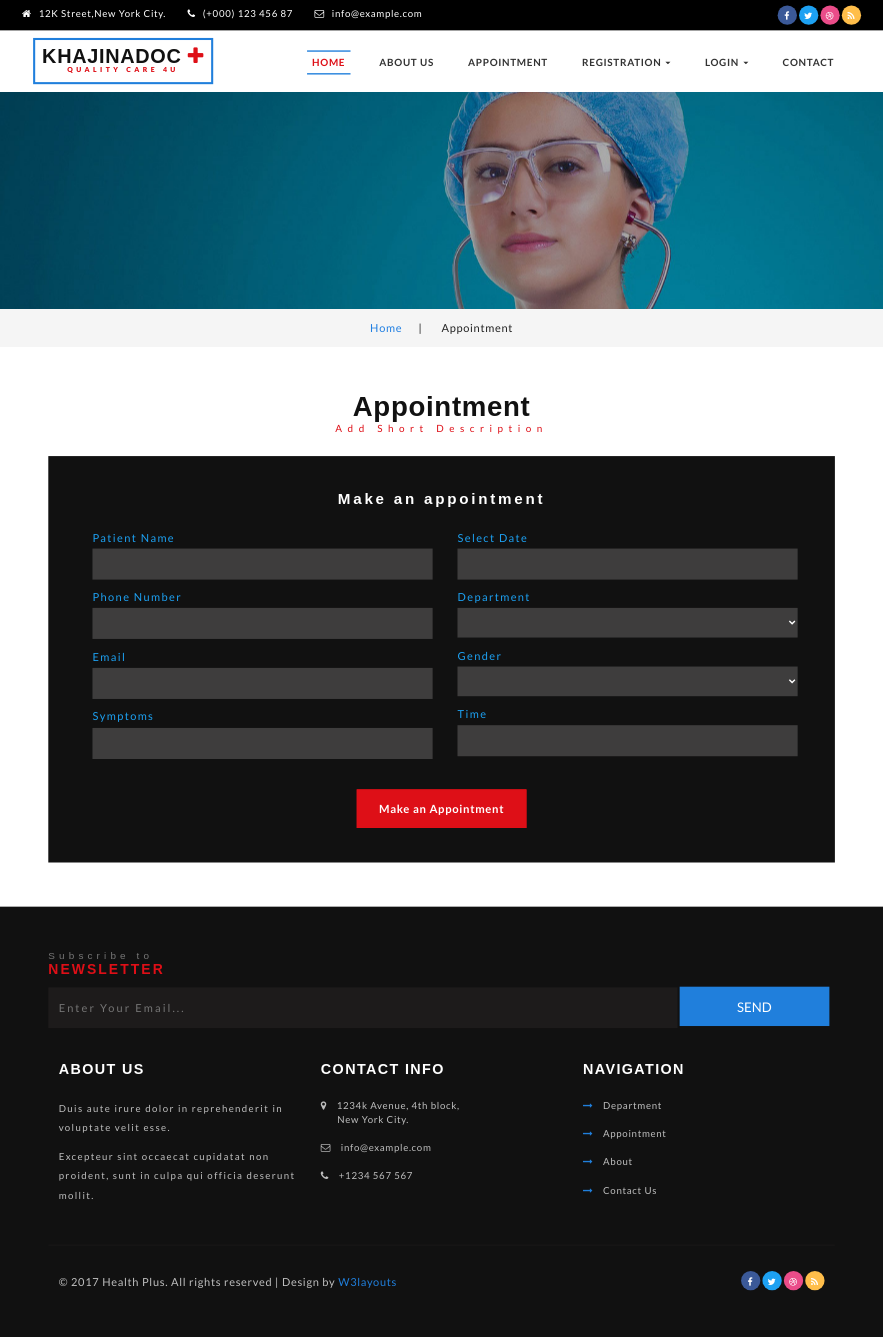
Repository: 72-faisal/work_to_do
Page: http://localhost/Khajina_Doctor/appointment.jsp
The author's editor kept a copy of each file at every save. The page is drawn from the files as they stood at one save, then again after the next save.
The browser window is 1280 px wide. The pictures show the whole page, at 69% of full size.
Some web fonts or font styles are not loaded; a fallback is used. The page is served by Tomcat 9. Other server files are loaded and not shown.

Above is the page before, as saved 2023-04-13 09:28:14.

### Khajina_Doctor/Khajina_Doctor/src/main/webapp/appointment.jsp
<%@ page language="java" contentType="text/html; charset=ISO-8859-1"
    pageEncoding="ISO-8859-1"%>

<!--
author: W3layouts
author URL: http://w3layouts.com
License: Creative Commons Attribution 3.0 Unported
License URL: http://creativecommons.org/licenses/by/3.0/
-->
<!DOCTYPE html>
<html lang="zxx">
<head>
<title>Health Plus a Medical Category Bootstrap Responsive Website Template | Appointment :: w3layouts</title>
<!-- for-meta-tags-->
<meta name="viewport" content="width=device-width, initial-scale=1">
<meta http-equiv="Content-Type" content="text/html; charset=utf-8" />
<meta name="keywords" content="Health Plus Responsive web template, Bootstrap Web Templates, Flat Web Templates, Android Compatible web template,
Smartphone Compatible web template, free web designs for Nokia, Samsung, LG, SonyEricsson, Motorola web design" />
<script type="application/x-javascript"> addEventListener("load", function() { setTimeout(hideURLbar, 0); }, false);
		function hideURLbar(){ window.scrollTo(0,1); } </script>
<!-- //for-meta-tags-->
<link href="css/bootstrap.css" rel="stylesheet" type="text/css" media="all" />
<link href="css/wickedpicker.css" rel="stylesheet" type='text/css' media="all" />
			<link rel="stylesheet" href="css/jquery-ui.css" />
<link href="css/style.css" rel="stylesheet" type="text/css" media="all" />
<!-- font-awesome icons -->
<link href="css/font-awesome.css" rel="stylesheet">
<!-- //font-awesome icons -->
<link href="//fonts.googleapis.com/css?family=Raleway:200,200i,300,300i,400,400i,500,500i,600,600i,700,700i,800" rel="stylesheet">
<link href="//fonts.googleapis.com/css?family=Lato:300,300i,400,400i,700,900" rel="stylesheet">
</head>

<body>
<div class="main" id="home">
<!-- banner -->
		<div class="header_agileinfo">
						<div class="w3_agileits_header_text">
							<ul class="top_agile_w3l_info_icons">
									<li><i class="fa fa-home" aria-hidden="true"></i>12K Street,New York City.</li>
									<li class="second"><i class="fa fa-phone" aria-hidden="true"></i>(+000) 123 456 87</li>

									<li><i class="fa fa-envelope-o" aria-hidden="true"></i><a href="mailto:maria@example.com">info@example.com</a></li>
								</ul>

						</div>
						<div class="agileinfo_social_icons">
							<ul class="agileits_social_list">
								<li><a href="#" class="w3_agile_facebook"><i class="fa fa-facebook" aria-hidden="true"></i></a></li>
								<li><a href="#" class="agile_twitter"><i class="fa fa-twitter" aria-hidden="true"></i></a></li>
								<li><a href="#" class="w3_agile_dribble"><i class="fa fa-dribbble" aria-hidden="true"></i></a></li>
								<li><a href="#" class="w3_agile_rss"><i class="fa fa-rss" aria-hidden="true"></i></a></li>
							</ul>
						</div>
						<div class="clearfix"> </div>
			</div>

		<div class="header-bottom">
				<nav class="navbar navbar-default">
				<!-- Brand and toggle get grouped for better mobile display -->
				<div class="navbar-header">
				  <button type="button" class="navbar-toggle collapsed" data-toggle="collapse" data-target="#bs-example-navbar-collapse-1">
					<span class="sr-only">Toggle navigation</span>
					<span class="icon-bar"></span>
					<span class="icon-bar"></span>
					<span class="icon-bar"></span>
				  </button>
					<div class="logo">
						<h1><a class="navbar-brand" href="index.jsp"><span>Khajina</span>Doc <i class="fa fa-plus" aria-hidden="true"></i> <p>Quality Care 4U</p></a></h1>
					</div>
				</div>

				<!-- Collect the nav links, forms, and other content for toggling -->
				<div class="collapse navbar-collapse nav-wil" id="bs-example-navbar-collapse-1">
					<nav class="menu menu--sebastian">
					<ul id="m_nav_list" class="m_nav menu__list">
						<li class="m_nav_item menu__item menu__item--current" id="m_nav_item_1"> <a href="index.jsp" class="menu__link"> Home </a></li>
						<li class="m_nav_item menu__item" id="moble_nav_item_2"> <a href="about.jsp" class="menu__link"> About Us </a> </li>
						<li class="m_nav_item menu__item" id="moble_nav_item_4"> <a href="appointment.jsp" class="menu__link">Appointment  </a> </li>
						<li class="m_nav_item menu__item" id="moble_nav_item_3 dropdown"> <a href="#" class="menu__link dropdown-toggle" data-toggle="dropdown">Registration  <b class="caret"></b></a>
						   <ul class="dropdown-menu agile_short_dropdown">
									<li><a href="Patient_Registration.jsp">As Patient </a></li>
									<li><a href="Doctor_Registration.jsp">As Doctor </a></li>
								</ul>
						</li>
						<li class="m_nav_item menu__item" id="moble_nav_item_3 dropdown"> <a href="#" class="menu__link dropdown-toggle" data-toggle="dropdown">Login  <b class="caret"></b></a>
						   <ul class="dropdown-menu agile_short_dropdown">
									<li><a href="Patient_Login.jsp">Patient Login</a></li>
									<li><a href="Doctor_Login.jsp">Doctor Login</a></li>
									<li><a href="Admin_Login.jsp">Admin Login</a></li>
						   </ul>
						</li>
						<li class="m_nav_item menu__item" id="moble_nav_item_6"> <a href="contact.jsp" class="menu__link"> Contact </a> </li>
					</ul>
				</nav>

				</div>
				<!-- /.navbar-collapse -->
			</nav>
	 </div>
</div>
<!-- banner -->
<!-- banner1 -->
	<div class="banner1 jarallax">
		<div class="container">
		</div>
	</div>

	<div class="services-breadcrumb">
		<div class="container">
			<ul>
				<li><a href="index.jsp">Home</a><i>|</i></li>
				<li>Appointment</li>
			</ul>
		</div>
	</div>
<!-- //banner1 -->
<!-- icons -->
	<div class="banner-bottom" id="about">
		<div class="container">
					<h2 class="w3_heade_tittle_agile">Appointment</h2>
			        <p class="sub_t_agileits">Add Short Description</p>

					<div class="book-appointment">
						<h4>Make an appointment</h4>
								<form action="#" method="post">
								<div class="left-agileits-w3layouts same">
								<div class="gaps">
									<p>Patient Name</p>
										<input type="text" name="Patient Name" placeholder="" required=""/>
								</div>
									<div class="gaps">
									<p>Phone Number</p>
										<input type="text" name="Number" placeholder="" required=""/>
									</div>
									<div class="gaps">
									<p>Email</p>
											<input type="email" name="email" placeholder="" required="" />
									</div>
									<div class="gaps">
									<p>Symptoms</p>
											<textarea name="About Symptoms" placeholder="" required="" ></textarea>
									</div>
								</div>
								<div class="right-agileinfo same">
								<div class="gaps">
									<p>Select Date</p>
											<input  id="datepicker1" name="Text" type="text" value="" onfocus="this.value = '';" onblur="if (this.value == '') {this.value = 'mm/dd/yyyy';}" required="">
								</div>
								<div class="gaps">
									<p>Department</p>
										<select class="option">
											<option></option>
											<option>Cardiology</option>
											<option>Ophthalmology</option>
											<option>Neurology</option>
											<option>Psychology</option>
											<option>Dermatology</option>
										</select>
								</div>
								<div class="gaps">
									<p>Gender</p>
										<select class="option">
											<option></option>
											<option>Male</option>
											<option>Female</option>
										</select>
								</div>
								<div class="gaps">
									<p>Time</p>
										<input type="text" id="timepicker" name="Time" class="timepicker option" value="">
								</div>
								</div>
								<div class="clearfix"></div>
											  <input type="submit" value="Make an Appointment">
								</form>
							</div>
					   </div>

		</div>
	</div>
<!-- icons -->




<!-- footer -->
	<div class="footer">
		<div class="container">
			<h4>Subscribe to <span>Newsletter</span></h4>
			<form action="#" method="post">
				<input type="email" name="Email" placeholder="Enter Your Email..." required="">
				<input type="submit" value="Send">
			</form>
			<div class="agile_footer_copy">
				<div class="w3agile_footer_grids">
					<div class="col-md-4 w3agile_footer_grid">
						<h3>About Us</h3>
						<p>Duis aute irure dolor in reprehenderit in voluptate velit esse.<span>Excepteur sint occaecat cupidatat
							non proident, sunt in culpa qui officia deserunt mollit.</span></p>
					</div>
					<div class="col-md-4 w3agile_footer_grid">
						<h3>Contact Info</h3>
						<ul>
							<li><i class="fa fa-map-marker" aria-hidden="true"></i>1234k Avenue, 4th block, <span>New York City.</span></li>
							<li><i class="fa fa-envelope-o" aria-hidden="true"></i><a href="mailto:info@example.com">info@example.com</a></li>
							<li><i class="fa fa-phone" aria-hidden="true"></i>+1234 567 567</li>
						</ul>
					</div>
					<div class="col-md-4 w3agile_footer_grid w3agile_footer_grid1">
						<h3>Navigation</h3>
						<ul>
							<li><span class="fa fa-long-arrow-right" aria-hidden="true"></span><a href="gallery.jsp">Department</a></li>
							<li><span class="fa fa-long-arrow-right" aria-hidden="true"></span><a href="appointment.jsp">Appointment</a></li>
							<li><span class="fa fa-long-arrow-right" aria-hidden="true"></span><a href="about.jsp">About</a></li>
							<li><span class="fa fa-long-arrow-right" aria-hidden="true"></span><a href="contact.jsp">Contact Us</a></li>
						</ul>
					</div>
					<div class="clearfix"> </div>
				</div>
			</div>
			<div class="w3_agileits_copy_right_social">
				<div class="col-md-6 agileits_w3layouts_copy_right">
					<p>&copy; 2017 Health Plus. All rights reserved | Design by <a href="http://w3layouts.com/">W3layouts</a></p>
				</div>
				<div class="col-md-6 w3_agile_copy_right">
					<ul class="agileits_social_list">
								<li><a href="#" class="w3_agile_facebook"><i class="fa fa-facebook" aria-hidden="true"></i></a></li>
								<li><a href="#" class="agile_twitter"><i class="fa fa-twitter" aria-hidden="true"></i></a></li>
								<li><a href="#" class="w3_agile_dribble"><i class="fa fa-dribbble" aria-hidden="true"></i></a></li>
								<li><a href="#" class="w3_agile_rss"><i class="fa fa-rss" aria-hidden="true"></i></a></li>
							</ul>
				</div>
				<div class="clearfix"> </div>
			</div>
		</div>
	</div>
<!-- //footer -->
<a href="#" id="toTop" style="display: block;"> <span id="toTopHover" style="opacity: 1;"> </span></a>
 <!-- js -->
<script src="js/jquery-2.2.3.min.js"></script>
<script type="text/javascript" src="js/wickedpicker.js"></script>
			<script type="text/javascript">
				$('.timepicker').wickedpicker({twentyFour: false});
			</script>
		<!-- Calendar -->
				<script src="js/jquery-ui.js"></script>
				  <script>
						  $(function() {
							$( "#datepicker,#datepicker1,#datepicker2,#datepicker3" ).datepicker();
						  });
				  </script>
			<!-- //Calendar -->

<!-- bootstrap-pop-up -->
	<div class="modal video-modal fade" id="myModal" tabindex="-1" role="dialog" aria-labelledby="myModal">
		<div class="modal-dialog" role="document">
			<div class="modal-content">
				<div class="modal-header">
					Health Plus
					<button type="button" class="close" data-dismiss="modal" aria-label="Close"><span aria-hidden="true">&times;</span></button>
				</div>
				<section>
					<div class="modal-body">
						<img src="images/g9.jpg" alt=" " class="img-responsive" />
						<p>Ut enim ad minima veniam, quis nostrum
							exercitationem ullam corporis suscipit laboriosam,
							nisi ut aliquid ex ea commodi consequatur? Quis autem
							vel eum iure reprehenderit qui in ea voluptate velit
							esse quam nihil molestiae consequatur, vel illum qui
							dolorem eum fugiat quo voluptas nulla pariatur.
							<i>" Quis autem vel eum iure reprehenderit qui in ea voluptate velit
								esse quam nihil molestiae consequatur.</i></p>
					</div>
				</section>
			</div>
		</div>
	</div>
<!-- //bootstrap-pop-up -->
<!-- start-smoth-scrolling -->
<script type="text/javascript" src="js/move-top.js"></script>
<script type="text/javascript" src="js/easing.js"></script>
<script type="text/javascript">
	jQuery(document).ready(function($) {
		$(".scroll").click(function(event){
			event.preventDefault();
			$('html,body').animate({scrollTop:$(this.hash).offset().top},1000);
		});
	});
</script>
<!-- start-smoth-scrolling -->
			<script src="js/jarallax.js"></script>
	<script src="js/SmoothScroll.min.js"></script>
	<script type="text/javascript">
		/* init Jarallax */
		$('.jarallax').jarallax({
			speed: 0.5,
			imgWidth: 1366,
			imgHeight: 768
		})
	</script>

	<script src="js/bootstrap.js"></script>
<!-- //for bootstrap working -->
<!-- here stars scrolling icon -->
	<script type="text/javascript">
		$(document).ready(function() {
			/*
				var defaults = {
				containerID: 'toTop', // fading element id
				containerHoverID: 'toTopHover', // fading element hover id
				scrollSpeed: 1200,
				easingType: 'linear'
				};
			*/

			$().UItoTop({ easingType: 'easeOutQuart' });

			});
	</script>
<!-- //here ends scrolling icon -->
</body>
</html>

### Khajina_Doctor/Khajina_Doctor/src/main/webapp/css/wickedpicker.css
.wickedpicker {
	-webkit-user-select: none;
	-moz-user-select: none;
	-ms-user-select: none;
	user-select: none;
	box-shadow: 0 0 0 1px rgba(14, 41, 57, 0.12), 0 2px 5px rgba(14, 41, 57, 0.44), inset 0 -1px 2px rgba(14, 41, 57, 0.15);
	background: #fefefe;
	margin: 0 auto;
	border-radius: 0.1px;
	width: 318px;
	height: 130px;
	font-size: 14px;
	display: none; }
.wickedpicker__title {
    background-image: -webkit-linear-gradient(top, #ffffff 0%, #f2f2f2 100%);
    background-image: linear-gradient(to bottom, #ffffff 0%, #f2f2f2 100%);
    position: relative;
    background: #f2f2f2;
    margin: 0 auto;
    border-bottom: 1px solid #e5e5e5;
    padding: 12px 11px 10px 15px;
    color: #4C4C4C;
    font-size: inherit; }
.wickedpicker__close {
    -webkit-transform: translateY(-25%);
    -moz-transform: translateY(-25%);
    -ms-transform: translateY(-25%);
    -o-transform: translateY(-25%);
    transform: translateY(-25%);
    position: absolute;
    top: 25%;
    right: 5px;
    color: #34495e;
    cursor: pointer; }
.wickedpicker__close:before {
    content: '\e802';
}
.wickedpicker__controls {
    padding: 10px 0;
    line-height: normal;
    margin: 0;
}
.wickedpicker__controls__control, .wickedpicker__controls__control--separator {
    vertical-align: middle;
    display: inline-block;
    font-size: inherit;
    margin: 0 auto;
    width: 35px;
    letter-spacing: 1.3px;
}
.wickedpicker__controls__control-up, .wickedpicker__controls__control-down {
    color: #34495e;
    position: relative;
    display: block;
    margin: 3px auto;
    font-size: 18px;
    cursor: pointer;
}
.wickedpicker__controls__control-up:before {
    content: '\e800';
}
.wickedpicker__controls__control-down:after {
    content: '\e801';
}
.wickedpicker__controls__control--separator {
	width: 5px;
}
.text-center, .wickedpicker__title, .wickedpicker__controls, .wickedpicker__controls__control, .wickedpicker__controls__control--separator, .wickedpicker__controls__control-up, .wickedpicker__controls__control-down {
	text-align: center;
}
.hover-state {
	color: #3498db;
}
@font-face {
	font-family: 'fontello';
	src: url("../fonts/fontello.eot?52602240");
	src: url("../fonts/fontello.eot?52602240#iefix") format("embedded-opentype"), url("../fonts/fontello.woff?52602240") format("woff"), url("../fonts/fontello.ttf?52602240") format("truetype"), url("../fonts/fontello.svg?52602240#fontello") format("svg");
	font-weight: normal;
	font-style: normal;
}
.fontello:before, .wickedpicker__close:before, .wickedpicker__controls__control-up:before, .fontello-after:after, .wickedpicker__controls__control-down:after {
	font-family: 'fontello';
	font-style: normal;
	font-weight: normal;
	speak: none;
	display: inline-block;
	text-decoration: inherit;
	width: 1em;
	margin-right: .2em;
	text-align: center;
	font-variant: normal;
	text-transform: none;
	line-height: 1em;
	margin-left: .2em;
	-webkit-font-smoothing: antialiased;
	-moz-osx-font-smoothing: grayscale;
}



@media(max-width:991px){
	.wickedpicker {
		width: 309px;
	}
}
@media(max-width:900px){
	.wickedpicker {
		width: 274px;
	}
}

@media(max-width:768px){
	.wickedpicker {
		width: 270px;
	}
}
@media(max-width:736px){
	.wickedpicker {
		width: 256px;
	}
}
@media(max-width:667px){
	.wickedpicker {
		width: 223px;
		    height: 115px;
	}
	.wickedpicker__title {
		padding: 8px 11px 7px 15px;
	}
	.wickedpicker__controls {
		padding: 3px 0;
	}
}
@media(max-width:640px){
	.wickedpicker {
		width: 215px;
	}
}
@media(max-width:480px){
	.wickedpicker {
		width: 176px;
	}
}
@media(max-width:414px){
	.wickedpicker {
		width: 295px;
	}
}
@media(max-width:384px){
	.wickedpicker {
		width: 271px;
	}
}
@media(max-width:375px){
	.wickedpicker {
		width: 264px;
	}
}
@media(max-width:320px){
	.wickedpicker {
		width: 224px;
	}
}

Loaded but not shown: Khajina_Doctor/Khajina_Doctor/src/main/webapp/css/bootstrap.css (library); Khajina_Doctor/Khajina_Doctor/src/main/webapp/css/jquery-ui.css (library); Khajina_Doctor/Khajina_Doctor/src/main/webapp/css/font-awesome.css (library); Khajina_Doctor/Khajina_Doctor/src/main/webapp/js/jquery-2.2.3.min.js (library); Khajina_Doctor/Khajina_Doctor/src/main/webapp/js/jquery-ui.js (library); Khajina_Doctor/Khajina_Doctor/src/main/webapp/js/SmoothScroll.min.js (library); Khajina_Doctor/Khajina_Doctor/src/main/webapp/js/bootstrap.js (library); Khajina_Doctor/Khajina_Doctor/src/main/webapp/js/jarallax.js (433 lines, source omitted); Khajina_Doctor/Khajina_Doctor/src/main/webapp/js/wickedpicker.js (383 lines, source omitted); Khajina_Doctor/Khajina_Doctor/src/main/webapp/js/easing.js (140 lines, source omitted); Khajina_Doctor/Khajina_Doctor/src/main/webapp/js/move-top.js (5 lines, source omitted); Khajina_Doctor/Khajina_Doctor/src/main/webapp/css/style.css (4106 lines, source omitted)

After the next save:
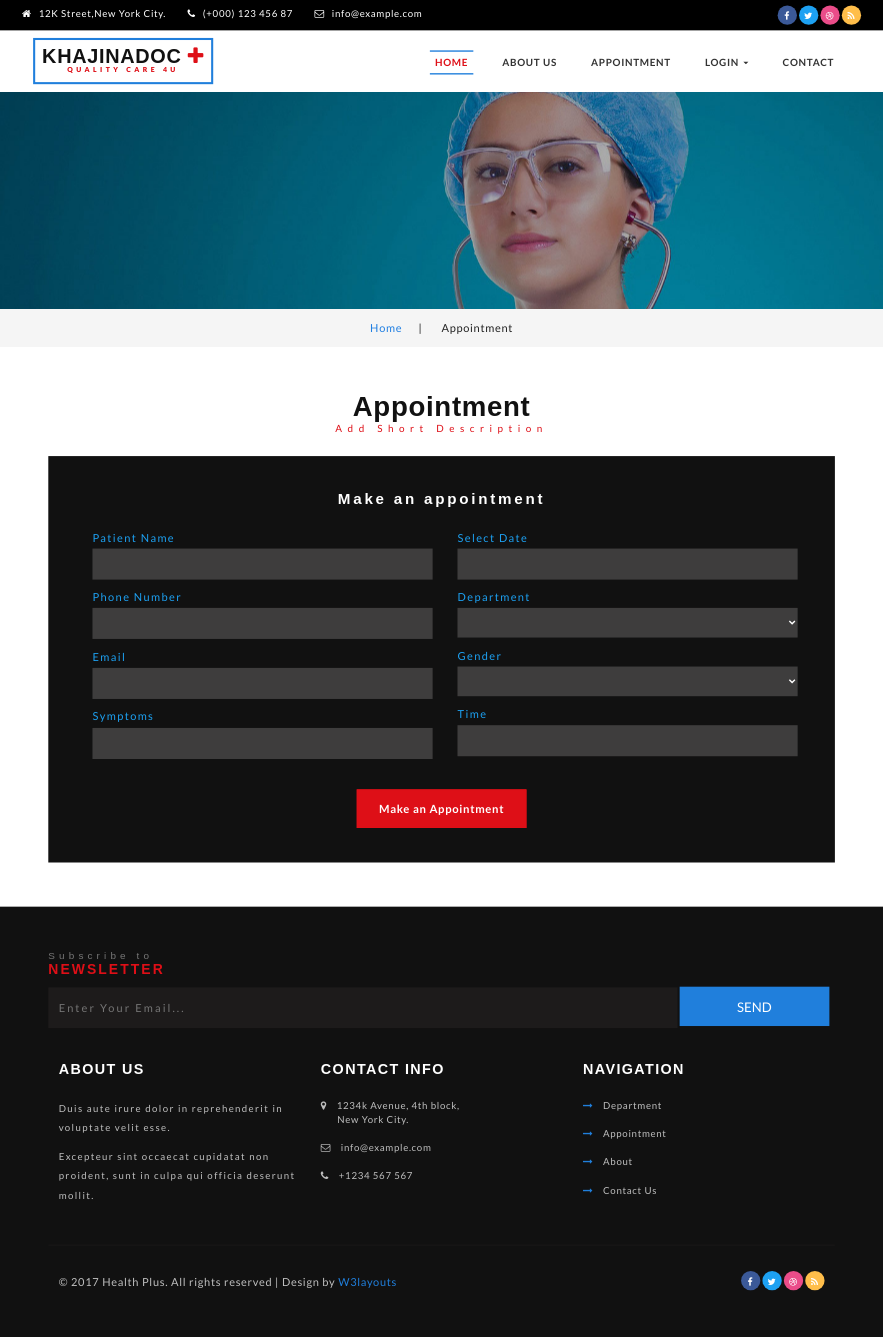
Saved 2 min 16 s later.
--- a/Khajina_Doctor/Khajina_Doctor/src/main/webapp/appointment.jsp
+++ b/Khajina_Doctor/Khajina_Doctor/src/main/webapp/appointment.jsp
@@ -76,12 +76,7 @@ Smartphone Compatible web template, free web designs for Nokia, Samsung, LG, Son
 						<li class="m_nav_item menu__item menu__item--current" id="m_nav_item_1"> <a href="index.jsp" class="menu__link"> Home </a></li>
 						<li class="m_nav_item menu__item" id="moble_nav_item_2"> <a href="about.jsp" class="menu__link"> About Us </a> </li>
 						<li class="m_nav_item menu__item" id="moble_nav_item_4"> <a href="appointment.jsp" class="menu__link">Appointment  </a> </li>
-						<li class="m_nav_item menu__item" id="moble_nav_item_3 dropdown"> <a href="#" class="menu__link dropdown-toggle" data-toggle="dropdown">Registration  <b class="caret"></b></a>
-						   <ul class="dropdown-menu agile_short_dropdown">
-									<li><a href="Patient_Registration.jsp">As Patient </a></li>
-									<li><a href="Doctor_Registration.jsp">As Doctor </a></li>
-								</ul>
-						</li>
+
 						<li class="m_nav_item menu__item" id="moble_nav_item_3 dropdown"> <a href="#" class="menu__link dropdown-toggle" data-toggle="dropdown">Login  <b class="caret"></b></a>
 						   <ul class="dropdown-menu agile_short_dropdown">
 									<li><a href="Patient_Login.jsp">Patient Login</a></li>
